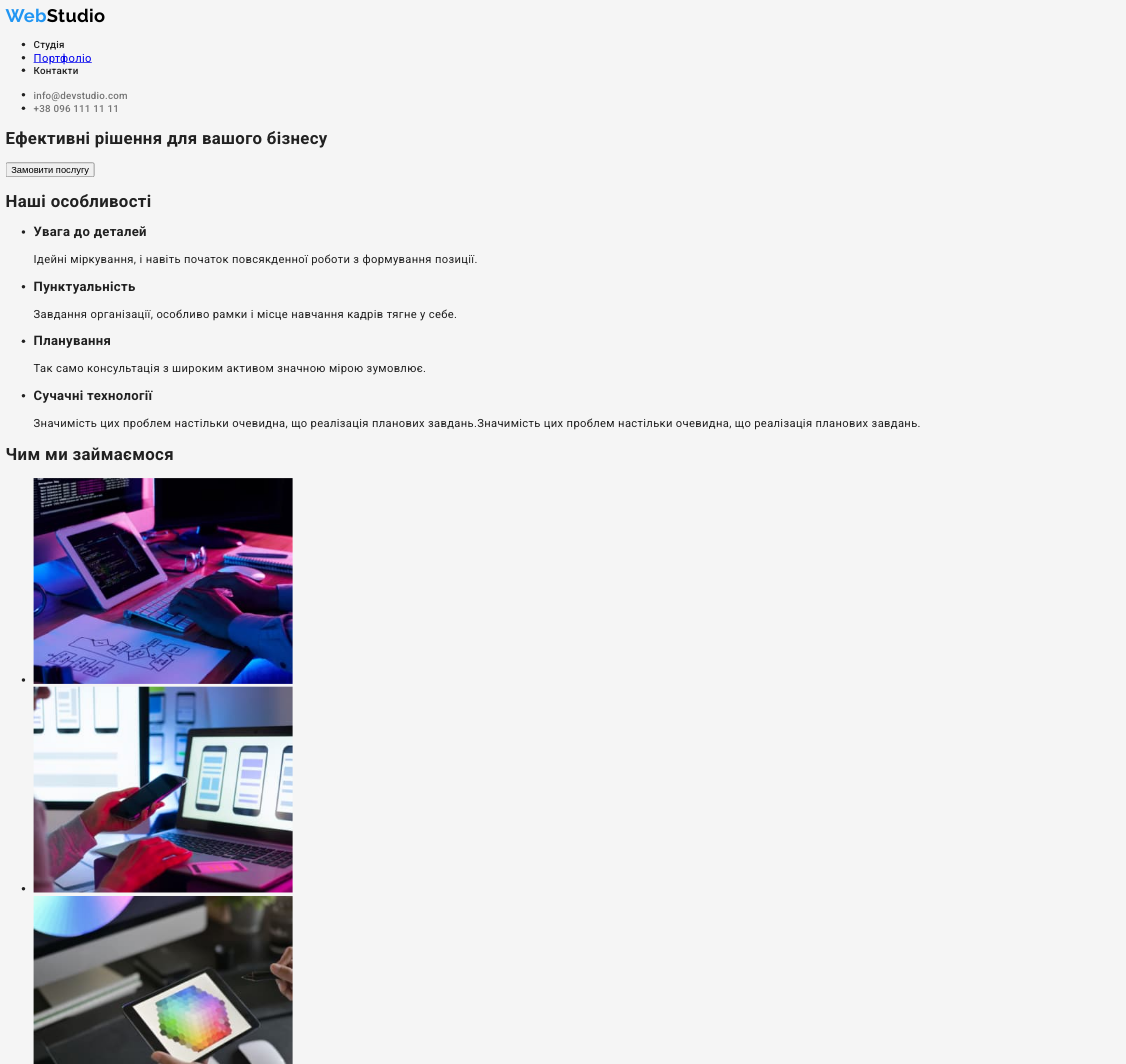
Repository: Mariia2811/goit-markup-hw-03
Page: index.html
The author's editor kept a copy of each file at every save. The page is drawn from the files as they stood at one save, then again after the next save.
The browser window is 1280 px wide. The page is 1608 px wide, so the pictures cover 1608 px, including what lies to the right of the window. The pictures show the part of the page from y = 0 to 1520 px (the page is 3201 px tall before and 3732 px after), at 70% of full size.

Above is the page before, as saved 2022-11-25 15:44:44.

### index.html
<!DOCTYPE html>
<html lang="uk">
  <head>
    <meta charset="UTF-8" />
    <meta http-equiv="X-UA-Compatible" content="IE=edge" />
    <meta name="viewport" content="width=device-width, initial-scale=1.0" />
    <title>Головна</title>
    <link rel="preconnect" href="https://fonts.googleapis.com">
    <link rel="preconnect" href="https://fonts.gstatic.com" crossorigin>
    <link
      href="https://fonts.googleapis.com/css2?family=Raleway:wght@700&family=Roboto:wght@400;500;700;900&display=swap"
      rel="stylesheet">
    <link rel="stylesheet" href="./css/styles.css">
  </head>
  <body>
    <header>
      <nav>
        <a href="./index.html" class="logo link-logo"><span class="logo-accent">Web</span>Studio</a>
        <ul>
          <li><a href="./index.html" class="link nav">Студія</a></li>
          <li><a href="./portfolio.html">Портфоліо</a></li>
          <li><a href="#" class="link nav">Контакти</a></li>
        </ul>
      </nav>
      <ul>
        <li><a href="mailto:info@devstudio.com" class="link contact">info@devstudio.com</a></li>
        <li><a href="tel:+380961111111" class="link contact">+38 096 111 11 11</a></li>
      </ul>
    </header>
    <main>
      <section>
        <h1>Ефективні рішення для вашого бізнесу</h1>
        <button type="button">Замовити послугу</button>
      </section>
      <section>
        <h2>Наші особливості</h2>
        <ul>
          <li>
            <h3>Увага до деталей</h3>
            <p>
              Ідейні міркування, і навіть початок повсякденної роботи з
              формування позиції.
            </p>
          </li>
          <li>
            <h3>Пунктуальність</h3>
            <p>
              Завдання організації, особливо рамки і місце навчання кадрів тягне
              у себе.
            </p>
          </li>
          <li>
            <h3>Планування</h3>
            <p>
              Так само консультація з широким активом значною мірою зумовлює.
            </p>
          </li>
          <li>
            <h3>Сучачні технології</h3>
            <p>
              Значимість цих проблем настільки очевидна, що реалізація планових
              завдань.Значимість цих проблем настільки очевидна, що реалізація
              планових завдань.
            </p>
          </li>
        </ul>
      </section>
      <section>
        <h2>Чим ми займаємося</h2>
        <ul>
          <li>
            <img
              src="./images/coding.jpg"
              alt="Процес набирання коду"
              width="370"
              />
          </li>
          <li>
            <img
              src="./images/optimization.jpg"
              alt="Дівчина тримає телефон в руках і працює за ноутбуком"
              width="370"
              />
          </li>
          <li>
            <img
              src=".//images/tablet.jpg"
              alt="На екрані планшету, який тримають в руці, зображений спектр
              кольорів"
              width="370"
              />
          </li>
        </ul>
      </section>
      <section>
        <h2>Наша команда</h2>
        <ul>
          <li>
            <img
              src="./images/designer.jpg"
              alt="Усміхнений хлопець в окулярах"
              width="270"
              />
            <h3>Ігор Дем'яненко</h3>
            <p>Product Designer</p>
          </li>
          <li>
            <img
              src="./images/developer.jpg"
              alt="Усміхнена дівчина в окулярах"
              width="270"
              />
            <h3>Ольга Рєпіна</h3>
            <p>Frontend Developer</p>
          </li>
          <li>
            <img
              src="./images/marketing.jpg"
              alt="Усміхнений хлопець"
              width="270"
              />
            <h3>Микола Тарасов</h3>
            <p>Marketing</p>
          </li>
          <li>
            <img
              src="./images/uidesigner.jpg"
              alt="Усміхнений хлопець з бородою в окулярах"
              width="270"
              />
            <h3>Михайло Єрмаков</h3>
            <p>UI Designer</p>
          </li>
        </ul>
      </section>
    </main>
    <footer>
      <a href="./index.html" class="logo-footer link-logo"><span
          class="logo-accent">Web</span>Studio</a>
      <address>
        <ul>
          <li>
            <a
              href="https://www.google.com.ua/maps/place/%D0%B1%D1%83%D0%BB.+%D0%9B%D0%B5%D1%81%D0%B8+%D0%A3%D0%BA%D1%80%D0%B0%D0%B8%D0%BD%D0%BA%D0%B8,+26,+%D0%9A%D0%B8%D0%B5%D0%B2,+02000/@50.4265807,30.5361918,17z/data=!3m1!4b1!4m5!3m4!1s0x40d4cf0e033ecbe9:0x57a4dffefec77da0!8m2!3d50.4265807!4d30.5383858?hl=ru"
              target="_blank"
              rel="noopener noreferrer nofollow" class="link address">м. Київ, пр-т Лесі Українки, 26</a>
          </li>
          <li><a href="mailto:info@devstudio.com" class="link contact-footer">info@devstudio.com</a></li>
          <li><a href="tel:+380961111111" class="link contact-footer">+38 096 111 11 11</a></li>
        </ul>
      </address>
    </footer>
  </body>
</html>

### css/styles.css
:root {
    --color-primary: #212121;
    --color-secondary: #757575;
    --color-accent: #2196F3;
    --color-background: #F5F5F5;
    --white-accent: #FFFFFF;
    --secondary-background: #2F303A;
}

body {
    color: var(--color-primary);
    font-family: 'Roboto', sans-serif;
    font-size: 16px;
    font-weight: 600px;
    background-color: var(--color-background);
    line-height: 1.17;
    letter-spacing: 0.03em;
    width: 1600px;
}

.logo,
.logo-accent,
.logo-footer {
    font-family: 'Raleway', sans-serif;
    font-size: 26px;
    font-weight: 700;
    line-height: 1.19;
}

.logo {
    color: #000;
}

.logo-accent {
    color: var(--color-accent);
}

.logo-footer {
    color: var(--white-accent);
}

.link {
    text-decoration: none;
    font-style: normal;
}

.link-logo {
    text-decoration: none;
}

.nav,
.contact {
    font-size: 14px;
    font-weight: 500;
    line-height: 1.14;
    letter-spacing: 0.02em;
}

.nav {
    color: var(--color-primary);
}

.contact {
    color: var(--color-secondary);
}

.link:hover,
.link:focus {
    color: var(--color-accent);
}

.hero {
    background-color: var(--secondary-background);
    width: 1600px;
    height: 600px;
}

.hero-title {
    color: var(--white-accent);
    font-size: 44px;
    line-height: 1.36;
    width: 696px;
    height: 120px;
    text-align: center;
    font-weight: 900;
    text-transform: uppercase;
    letter-spacing: 0.06em;
}

.hero-button {
    background-color: var(--color-accent);
    font-size: inherit;
    font-family: inherit;
    font-weight: 700;
    line-height: 1.88;
    letter-spacing: 0.06em;
    width: 216px;
    height: 50px;
    color: var(--white-accent);
    box-shadow: 0px 4px 4px rgba(0, 0, 0, 0.15);
    border-radius: 4px;
    border: none;
    cursor: pointer;
}

.filter {
    background-color: #f5f4fa;
    color: var(--color-primary);
    font-size: inherit;
    font-family: inherit;
    font-weight: 500;
    line-height: 1.62;
    letter-spacing: inherit;
    border-radius: 4px;
    border: none;
    cursor: pointer;
}

.filter:hover,
.filter:focus {
    background-color: var(--color-accent);
    color: var(--white-accent);
    box-shadow: 0px 3px 1px rgba(0, 0, 0, 0.1), 0px 1px 2px rgba(0, 0, 0, 0.08),
        0px 2px 2px rgba(0, 0, 0, 0.12);
}

.hero-button:hover,
.hero-button:focus {
    background-color: #188ce8;
}

.advantages,
.work {
    background-color: var(--color-background);
}

.advantages-title {
    font-size: 14px;
    font-weight: 700;
    text-transform: uppercase;
}

.list {
    list-style-type: none;
}

.description {
    color: var(--color-secondary);
    font-size: 14px;
    font-weight: 400;
    line-height: 1.71;
    width: 270px;
}

.title {
    font-size: 36px;
    font-weight: 700;
    text-align: center;
}

.team {
    background-color: #f5f4fa;
}

.team-title {
    font-weight: 500;
    font-size: 16px;
}

.text {
    color: var(--color-secondary);
    font-weight: 400;
}

.work-title~.text {
    line-height: 1.88;
}

.work-title {
    font-size: 18px;
    font-weight: 700;
    line-height: 2;
    letter-spacing: 0.06em;
}

.footer {
    background-color: var(--secondary-background);
    height: 252px;
}

.address,
.contact-footer {
    font-size: 14px;
    font-weight: 400;
}

.address {
    color: var(--white-accent);
}

.contact-footer {
    color: rgba(255, 255, 255, 0.6);
}

.footer .link {
    line-height: 1.71;
}

After the next save:
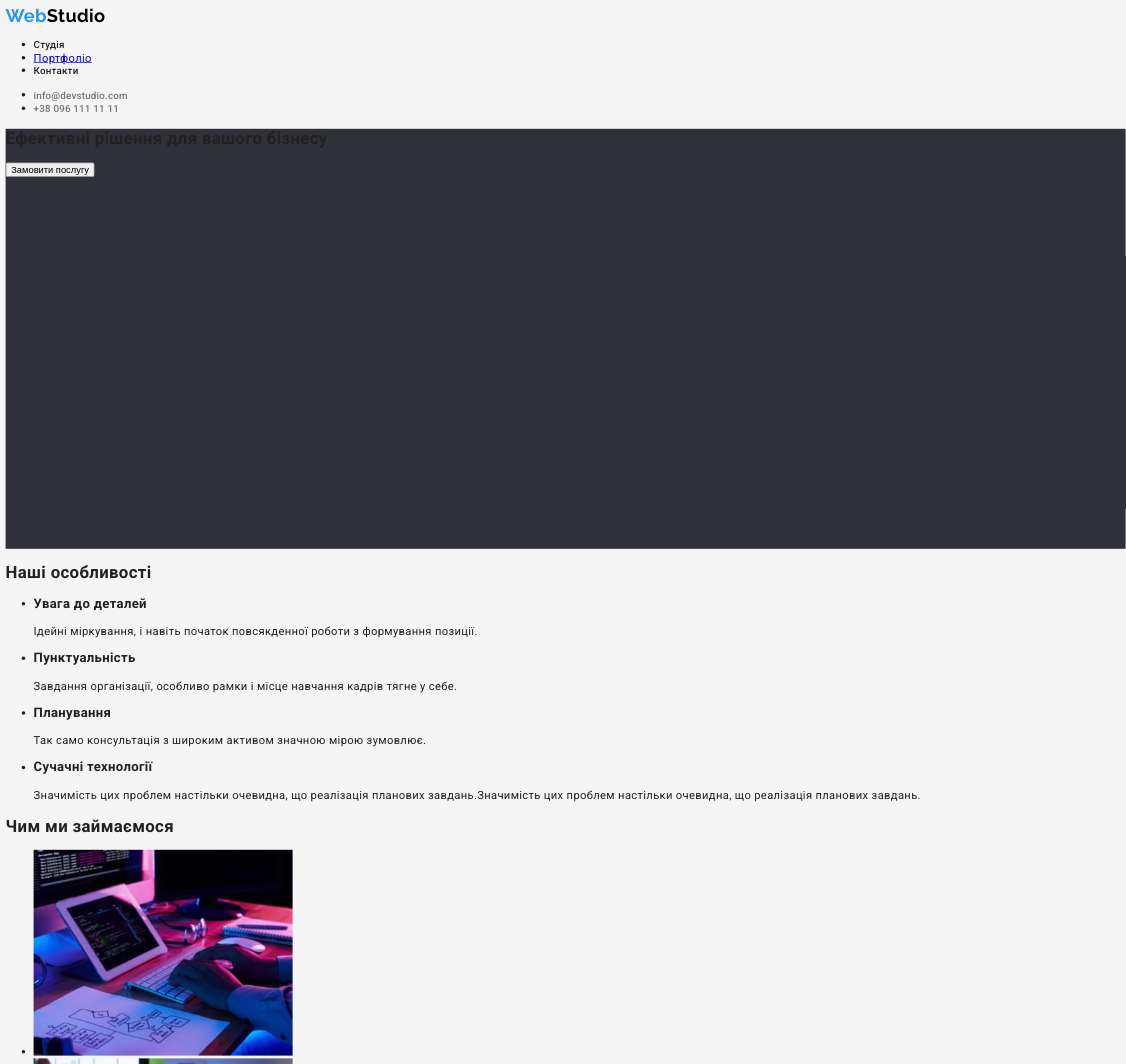
Saved 5 min 19 s later.
--- a/index.html
+++ b/index.html
@@ -28,7 +28,7 @@
       </ul>
     </header>
     <main>
-      <section>
+      <section class="hero">
         <h1>Ефективні рішення для вашого бізнесу</h1>
         <button type="button">Замовити послугу</button>
       </section>
